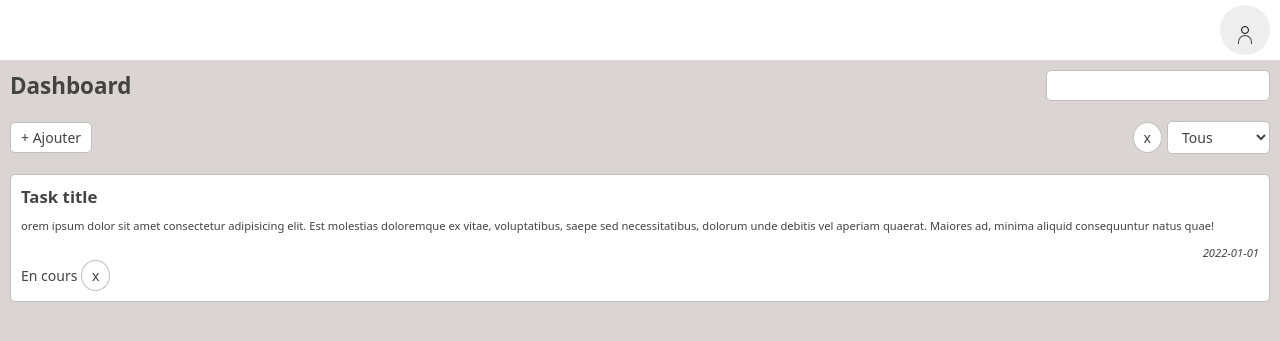
Repository: zpaulange/task_manager
Page: dashboard/index.html
An editor plug-in stored every save of this project. The page is shown before and after a run of saves, followed by the edit.
The browser window is 1280 px wide. The pictures show the whole page.

Above is the page before, as saved 2025-03-06 15:24:49.

After the next 2 saves:
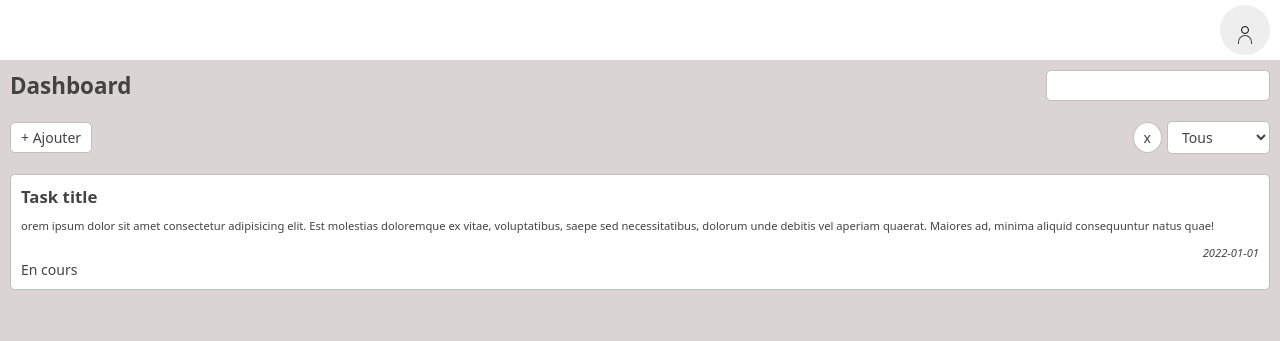
The 2 saves are shown as one change because they came seconds apart.
The last was saved 22 s later.
--- a/dashboard/index.html
+++ b/dashboard/index.html
@@ -49,7 +49,9 @@
                 <span class="main-task__content-item__actions_status">
                   En cours
                 </span>
-                <button class="main-task__content-item__actions_del rounded-btn del">x</button>
+                <div>
+
+                </div>
             </div>
             <!-- <section class="box box-center">
               <h1>Aucune tache disponible...</h1>
